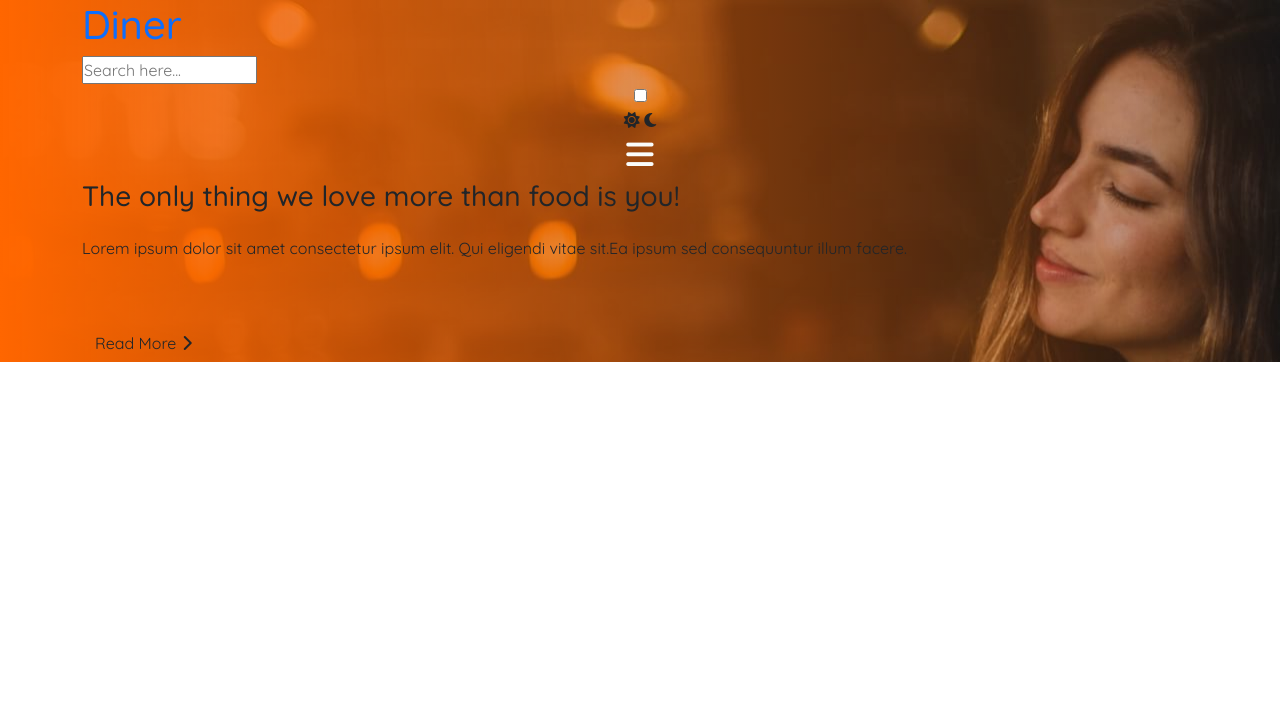
Repository: minhtrivu6199/Diner
Page: index.html
An editor plug-in stored every save of this project. The page is shown before and after the next save, followed by the edit.
The browser window is 1280 px wide. The pictures show the whole page.
The style sheet was rebuilt from its Sass, Less or Tailwind sources for each picture, by a compiler version that may differ from the author's.

Above is the page before, as saved 2022-10-10 13:40:24.

### index.html
<!DOCTYPE html>
<html lang="en">
  <head>
    <title>Title</title>
    <!-- Required meta tags -->
    <meta charset="utf-8" />
    <meta
      name="viewport"
      content="width=device-width, initial-scale=1, shrink-to-fit=no"
    />
    <!-- FontAwesome 6.2.0 CSS -->
    <link
      rel="stylesheet"
      href="https://cdnjs.cloudflare.com/ajax/libs/font-awesome/6.2.0/css/all.min.css"
      integrity="sha512-xh6O/CkQoPOWDdYTDqeRdPCVd1SpvCA9XXcUnZS2FmJNp1coAFzvtCN9BmamE+4aHK8yyUHUSCcJHgXloTyT2A=="
      crossorigin="anonymous"
      referrerpolicy="no-referrer"
    />

    <!-- Font -->
    <link
      href="//fonts.googleapis.com/css2?family=Pacifico&display=swap"
      rel="stylesheet"
    />
    <link
      href="//fonts.googleapis.com/css2?family=Quicksand:wght@300;400;500;600;700&display=swap"
      rel="stylesheet"
    />

    <!-- Bootstrap CSS v5.2.1 -->
    <link
      href="https://cdn.jsdelivr.net/npm/bootstrap@5.2.1/dist/css/bootstrap.min.css"
      rel="stylesheet"
      integrity="sha384-iYQeCzEYFbKjA/T2uDLTpkwGzCiq6soy8tYaI1GyVh/UjpbCx/TYkiZhlZB6+fzT"
      crossorigin="anonymous"
    />
    <!-- CSS -->
    <link rel="stylesheet" href="./css/style.min.css" />
  </head>

  <body>
    <section class="header-banner">
      <div class="container">
        <div class="banner-header">
          <div class="banner-logo">
            <h1>
              <a href="" class="logo-brand">Diner</a>
            </h1>
          </div>
          <div class="banner-right-content">
            <div class="search-bar">
              <form class="search position-relative">
                <input
                  type="search"
                  class="search-input"
                  placeholder="Search here..."
                />
              </form>
            </div>
            <div class="menu text-center">
              <div class="mobile-position">
                <nav class="navigation">
                  <div class="theme-switch-wrapper">
                    <label for="checkbox" class="theme-switch">
                      <input type="checkbox" id="checkbox" />
                      <div class="mode-container">
                        <i class="fa fa-sun"></i>
                        <i class="fa fa-moon"></i>
                      </div>
                    </label>
                  </div>
                </nav>
              </div>
              <div class="mobile-nav-button text-center">
                <button id="trigger-overlay" type="button">
                  <i class="fa fa-bars" aria-hidden="true"></i>
                </button>
              </div>
            </div>
          </div>
          <div class="overlay overlay-scale">
            <button type="button" class="overlay-close">
              <i class="fa fa-times" aria-hidden="true"></i>
            </button>

            <nav>
              <ul>
                <li><a href="index.html" class="active">Home</a></li>
                <li><a href="about.html">About</a></li>
                <li><a href="services.html">Services</a></li>
                <li><a href="blog.html">Blog</a></li>
                <li><a href="error.html">404</a></li>
                <li><a href="">Landing Page</a></li>
                <li><a href="contact.html">Contact</a></li>
                <li><a href="">Shot Codes</a></li>
                <li><a href="">Email</a></li>
              </ul>
            </nav>
          </div>
        </div>
        <div class="banner-info">
          <h3 class="mb-4">The only thing we love more than food is you!</h3>
          <div class="separator"></div>
          <p class="pr-lg-5 mt-md-4 mt-3">
            Lorem ipsum dolor sit amet consectetur ipsum elit. Qui eligendi
            vitae sit.Ea ipsum sed consequuntur illum facere.
          </p>
          <a class="btn btn-white mt-sm-5 mt-4 mr-2" href="about.html">
            Read More <span class="fa fa-chevron-right ml-2" aria-hidden="true"></span>
        </a>
        </div>
      </div>
    </section>
    <!-- Bootstrap JavaScript Libraries -->
    <script
      src="https://cdn.jsdelivr.net/npm/@popperjs/core@2.11.6/dist/umd/popper.min.js"
      integrity="sha384-oBqDVmMz9ATKxIep9tiCxS/Z9fNfEXiDAYTujMAeBAsjFuCZSmKbSSUnQlmh/jp3"
      crossorigin="anonymous"
    ></script>

    <script
      src="https://cdn.jsdelivr.net/npm/bootstrap@5.2.1/dist/js/bootstrap.min.js"
      integrity="sha384-7VPbUDkoPSGFnVtYi0QogXtr74QeVeeIs99Qfg5YCF+TidwNdjvaKZX19NZ/e6oz"
      crossorigin="anonymous"
    ></script>
  </body>
</html>

### scss/style.scss
@import './base/variables';
@import './pages/components/menu';

html, body {
    font-family: 'Quicksand', sans-serif;
}

a {
    // color: $orange;
    text-decoration: none;
    background-color: transparent;
}

.header-banner {
    background-image: linear-gradient(to right, $orange, hsl(30deg 100% 1% / 20%)), url(../img/banner1.jpg);
    .container {
        .banner-header {
            .banner-logo {

            }

            .banner-right-content {

            }

        }

        .banner-info {

        }

    }
}

### scss/base/_variables.scss
// Color
$blue: #007bff;
$indigo: #6610f2;
$purple: #6f42c1;
$pink: #e83e8c;
$red: #dc3545;
$orange: #ff6600;
$yellow: #ffc107;
$green: #28a745;
$teal: #20c997;
$cyan: #17a2b8;
$white: #fff;
$gray: #6c757d;
$gray-dark: #343a40;
$light-orange: #f8b195;
$success: #28a745;
$info: #17a2b8;
$warning: #ffc107;
$danger: #dc3545;
$light: #f8f9fa;
$dark: #343a40;


*, ::after, ::before {
    margin: 0;
    padding: 0;
    box-sizing: border-box;
}

### scss/pages/components/_menu.scss
@import '../../base/variables';
.overlay {
	position: fixed;
	width: 100%;
	height: 100%;
	top: 0;
	left: 0;
	background: rgb(6 3 0 / 77%);
}

/* Overlay closing cross */
.overlay .overlay-close {
    width: 40px;
    height: 40px;
    position: absolute;
    right: 40px;
    top: 40px;
    overflow: hidden;
    border: none;
    background: $orange;
    color: #fff;
    border-radius: 6px;
}

button#trigger-overlay {
	outline: none;
	border: none;
	background: none;
	text-align: center;
	color: #fbfdfb;
	font-size: 1.95em;
	padding: 0 8px;
}

/* Menu style */
.overlay nav {
	text-align: center;
	position: relative;
	top: 50%;
	height: 60%;
	-webkit-transform: translateY(-50%);
	transform: translateY(-50%);
}
.overlay ul {
	list-style: none;
	padding: 0;
	margin: 0 auto;
	display: inline-block;
	height: 100%;
	position: relative;
}
.overlay ul li {
	display: block;
	-webkit-backface-visibility: hidden;
	backface-visibility: hidden;
    line-height:3em;
}
.overlay ul li a {
	font-size: 20px;
	font-weight: 600;
	display: block;
	color: #fff;
	-webkit-transition: color 0.2s;
	transition: color 0.2s;
}

.overlay ul li a:hover,
.overlay ul li a:focus {
	color:var(--primary-color);
}

/* Effects */
.overlay-scale {
	visibility: hidden;
	opacity: 0;
	-webkit-transform: scale(0.9);
	transform: scale(0.9);
	-webkit-transition: -webkit-transform 0.2s, opacity 0.2s, visibility 0s 0.2s;
	transition: transform 0.2s, opacity 0.2s, visibility 0s 0.2s;
}

.overlay-scale.open {
	visibility: visible;
	opacity: 1;
	-webkit-transform: scale(1);
	transform: scale(1);
	-webkit-transition: -webkit-transform 0.4s, opacity 0.4s;
	transition: transform 0.4s, opacity 0.4s;
}

@media screen and (max-height: 30.5em) {
	.overlay nav {
		height: 70%;
		font-size: 34px;
	}

	.overlay ul li {
		min-height: 34px;
	}
}
@media (max-width:767px) {
	.overlay ul li a {
		font-size: 16px;
	}
	.overlay ul li {
		line-height: 2.5em;
	}
}
@media (max-width:600px) {
	.overlay ul li a {
		font-size: 16px;
	}
	.overlay ul li {
		line-height: 2.2em;
	}
}

After the next save:
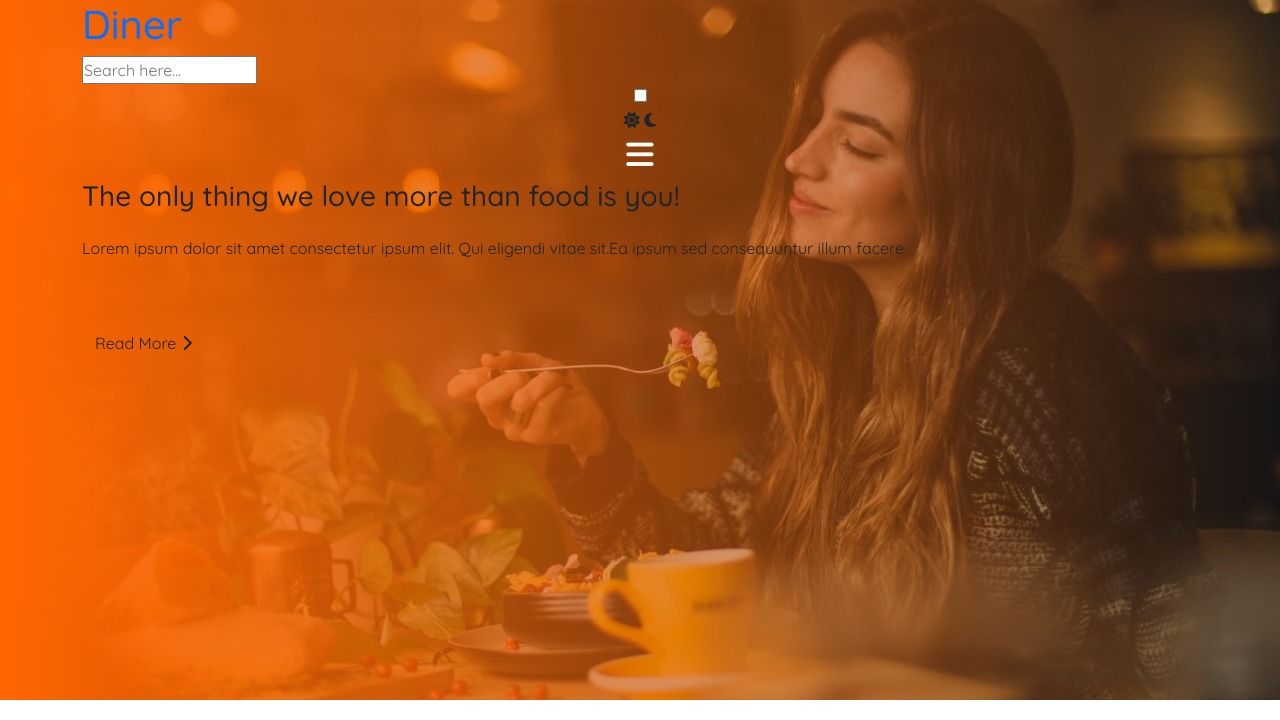
Saved 67 s later.
--- a/scss/style.scss
+++ b/scss/style.scss
@@ -13,6 +13,11 @@ a {
 
 .header-banner {
     background-image: linear-gradient(to right, $orange, hsl(30deg 100% 1% / 20%)), url(../img/banner1.jpg);
+    background-size: cover;
+    background-position: initial;
+    background-repeat: no-repeat;
+    background-attachment: fixed;
+    min-height: 700px;
     .container {
         .banner-header {
             .banner-logo {
